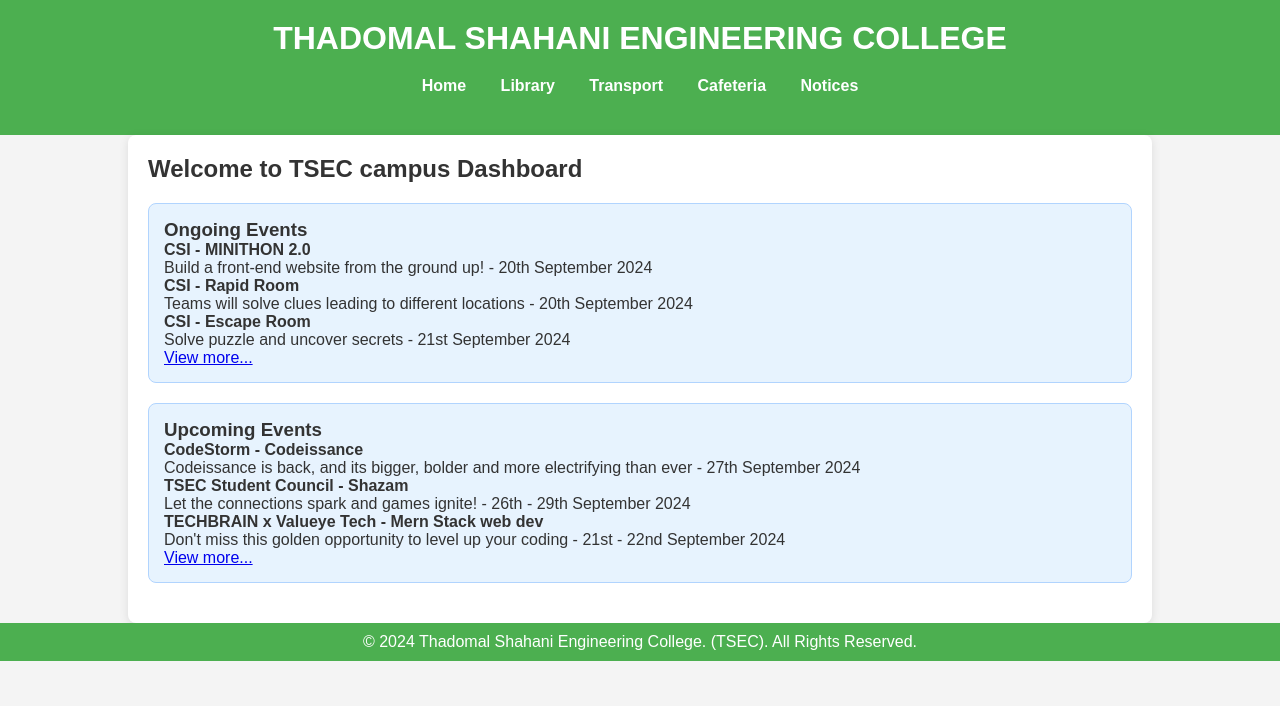
Repository: TejasS1233/MINITHON-hackathon-project
Page: Omar.html
These files come from the project's save history. The page is drawn as it stood at one moment and after the next save; the edit follows.
The browser window is 1280 px wide. The pictures show the whole page.

Above is the page before, as saved 2024-09-20 09:36:16.

After the next save:
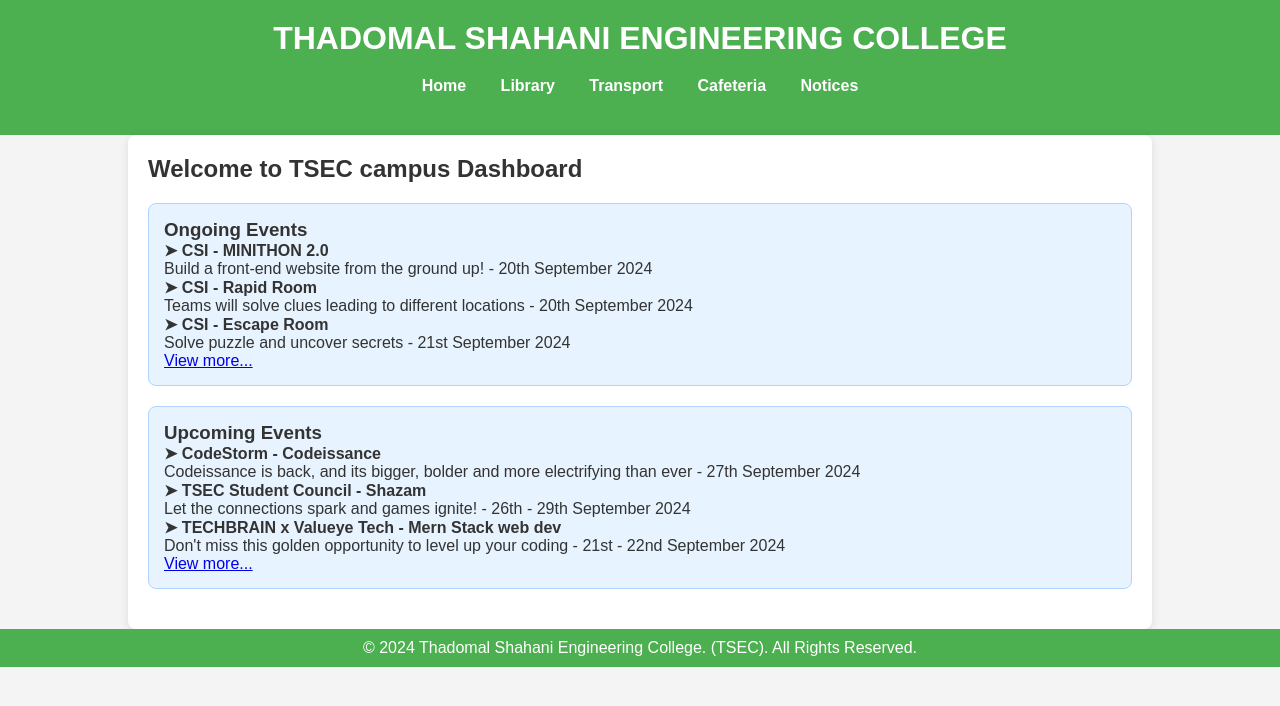
Saved 34 s later.
--- a/Omar.html
+++ b/Omar.html
@@ -72,22 +72,22 @@
 
     <div class="card">
         <h3>Ongoing Events</h3>
-        <h4>CSI - MINITHON 2.0</h4>
+        <h4>➤ CSI - MINITHON 2.0</h4>
         <p>Build a front-end website from the ground up! - 20th September 2024</p>
-        <h4>CSI - Rapid Room</h4>
+        <h4>➤ CSI - Rapid Room</h4>
         <p>Teams will solve clues leading to different locations - 20th September 2024</p>
-        <h4>CSI - Escape Room</h4>
+        <h4>➤ CSI - Escape Room</h4>
         <p>Solve puzzle and uncover secrets - 21st September 2024</p>
         <a href="#">View more...</a>
     </div>
 
     <div class="card">
         <h3>Upcoming Events</h3>
-        <h4>CodeStorm - Codeissance</h4>
+        <h4>➤ CodeStorm - Codeissance</h4>
         <p>Codeissance is back, and its bigger, bolder and more electrifying than ever - 27th September 2024</p>
-        <h4>TSEC Student Council - Shazam</h4>
+        <h4>➤ TSEC Student Council - Shazam</h4>
         <p>Let the connections spark and games ignite! - 26th - 29th September 2024</p>
-        <h4>TECHBRAIN x Valueye Tech - Mern Stack web dev</h4>
+        <h4>➤ TECHBRAIN x Valueye Tech - Mern Stack web dev</h4>
         <p>Don't miss this golden opportunity to level up your coding - 21st - 22nd September 2024</p>
         <a href="#">View more...</a>
     </div>
